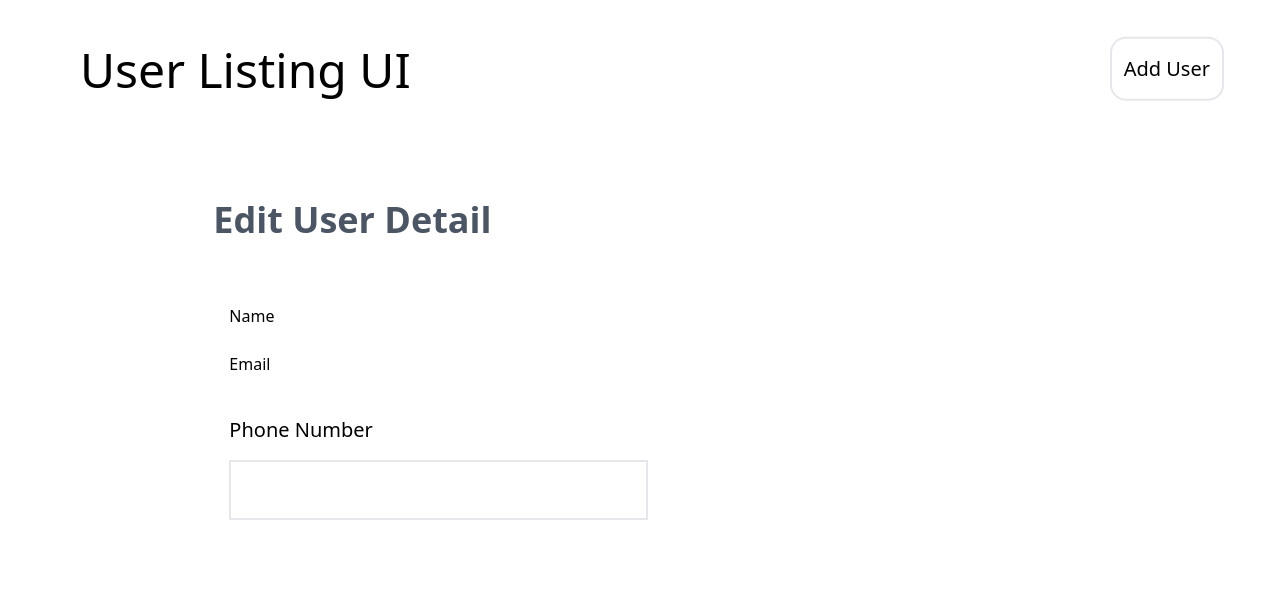
Repository: Marlstergo/listings
Page: /order (app in client/)
An editor plug-in stored every save of this project. The page is shown before and after the next save, followed by the edit.
The browser window is 1280 px wide. The pictures show the whole page.
The project was rebuilt for these pictures with package versions that can differ from the ones it lists, and the page was loaded fresh each time. Also part of the build but not shown: client/craco.config.js, client/src/components/Loader.js, client/src/components/UserRow.jsx, client/src/components/Home.js, client/src/components/Modal.js. Imported but missing from the stored project, and not drawn on this page: client/src/components/Base, client/src/components/Toppings.

Above is the page before, as saved 2021-07-21 15:18:34.

After the next save:
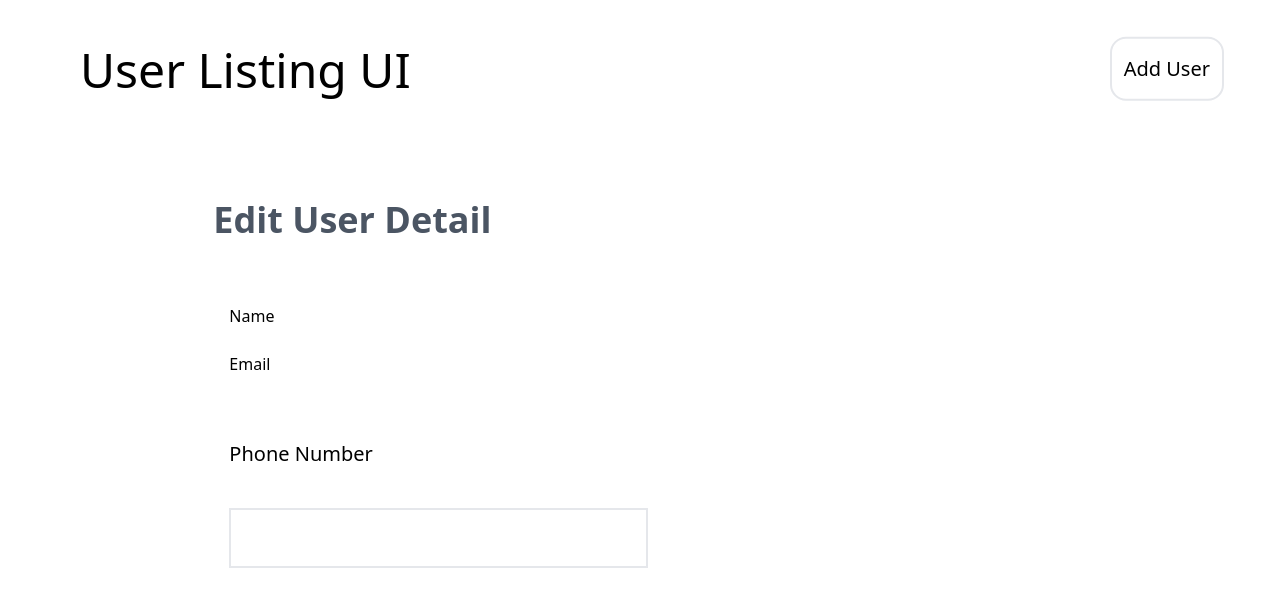
Saved 9 s later.
--- a/client/src/components/EditUser.js
+++ b/client/src/components/EditUser.js
@@ -54,7 +54,7 @@ const Order = () => {
           <input type="text" name="email" id="email" />
         </div>
         <div className="flex flex-col">
-          <label htmlFor="phone" className="text-xl my-4" >Phone Number</label>
+          <label htmlFor="phone" className="text-xl my-10" >Phone Number</label>
           <input type="text" name="phone" className="px-3 py-4 w-1/2 border-2" id="phone" />
         </div>
       </motion.form>
